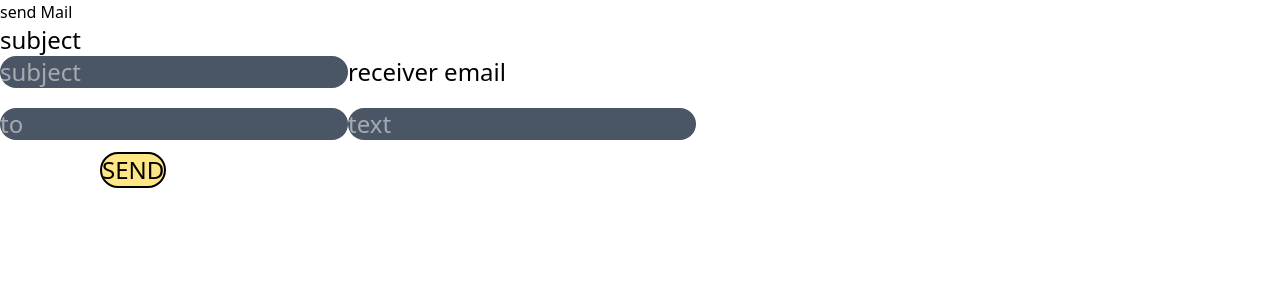
Repository: ridhukhan/sendmail
Page: / (app in Frontend/)
The author's editor kept a copy of each file at every save. The page is drawn from the files as they stood at one save, then again after the next save.
The browser window is 1280 px wide. The pictures show the whole page.
The project was rebuilt for these pictures with package versions that can differ from the ones it lists, and the page was loaded fresh each time.

Above is the page before, as saved 2026-02-10 15:01:30.

### Frontend/src/main.jsx
import { StrictMode } from 'react'
import { createRoot } from 'react-dom/client'
import './index.css'
import App from './App.jsx'
export const server="http://localhost:5000"
createRoot(document.getElementById('root')).render(
  <StrictMode>
    <App />
  </StrictMode>,
)

### Frontend/src/App.jsx

function App() {

  return (
    <>
    <h1>send Mail </h1>
    <form className="flex-col text-2xl align-middle justify-center">
<label htmlFor="subject">subject</label><br />
<input type="text" name="subject" id="" placeholder='subject' className="bg-gray-600 text-white border-amber-50 rounded-2xl"/>

<label htmlFor="email">receiver email</label><br />
<input type="email" name="email" id="" placeholder='to' className="bg-gray-600 text-white border-amber-50 rounded-2xl mt-5" />

<label htmlFor="text"></label>
<input type="text" name="text" id="" placeholder='text' className="bg-gray-600 text-white border-amber-50 rounded-2xl mt-5"/><br />
<button className="bg-amber-200 mt-3 rounded-3xl border-2 ml-25">SEND</button>
    </form>
       </>
  )
}

export default App

Loaded but not shown: Frontend/index.html (common file); Frontend/src/index.css (common file)

After the next save:
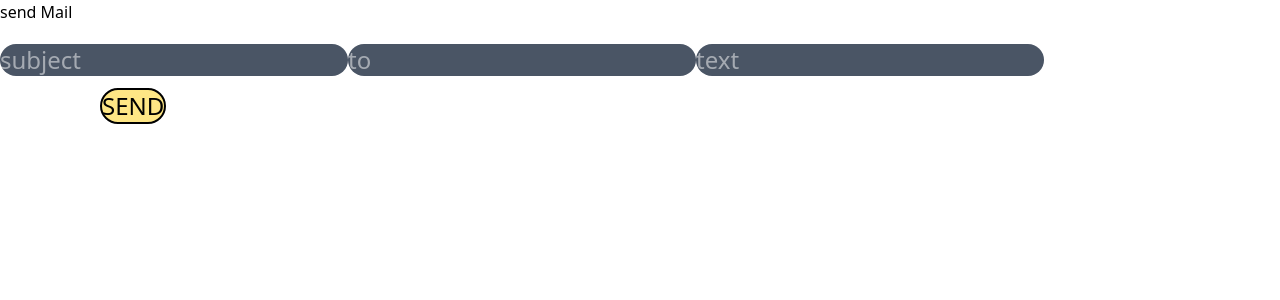
Saved 12 s later.
--- a/Frontend/src/App.jsx
+++ b/Frontend/src/App.jsx
@@ -5,13 +5,10 @@ function App() {
     <>
     <h1>send Mail </h1>
     <form className="flex-col text-2xl align-middle justify-center">
-<label htmlFor="subject">subject</label><br />
 <input type="text" name="subject" id="" placeholder='subject' className="bg-gray-600 text-white border-amber-50 rounded-2xl"/>
 
-<label htmlFor="email">receiver email</label><br />
 <input type="email" name="email" id="" placeholder='to' className="bg-gray-600 text-white border-amber-50 rounded-2xl mt-5" />
 
-<label htmlFor="text"></label>
 <input type="text" name="text" id="" placeholder='text' className="bg-gray-600 text-white border-amber-50 rounded-2xl mt-5"/><br />
 <button className="bg-amber-200 mt-3 rounded-3xl border-2 ml-25">SEND</button>
     </form>
